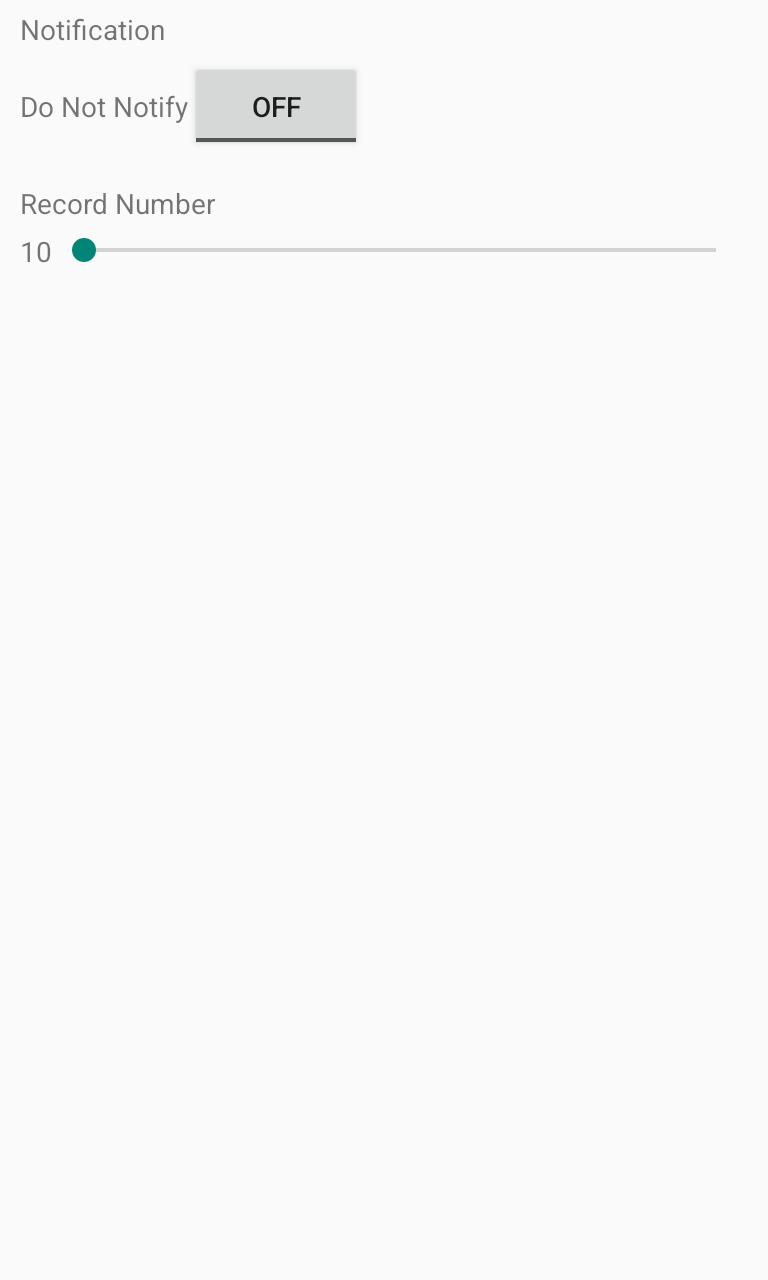
Repository: GitDidNotExitCleanly/AndroidTimer
Layout: G54MDP_Stopwatch/res/layout/fragment_settings.xml
The author's editor kept a copy of each file at every save. The layout is drawn from the files as they stood at one save, then again after the next save.
It is drawn on a 768 x 1280 px phone screen (xhdpi) without system bars, with theme AppTheme; the app's code is not run.

Above is the layout before, as saved 2015-03-07 13:11:30.

After the next save:
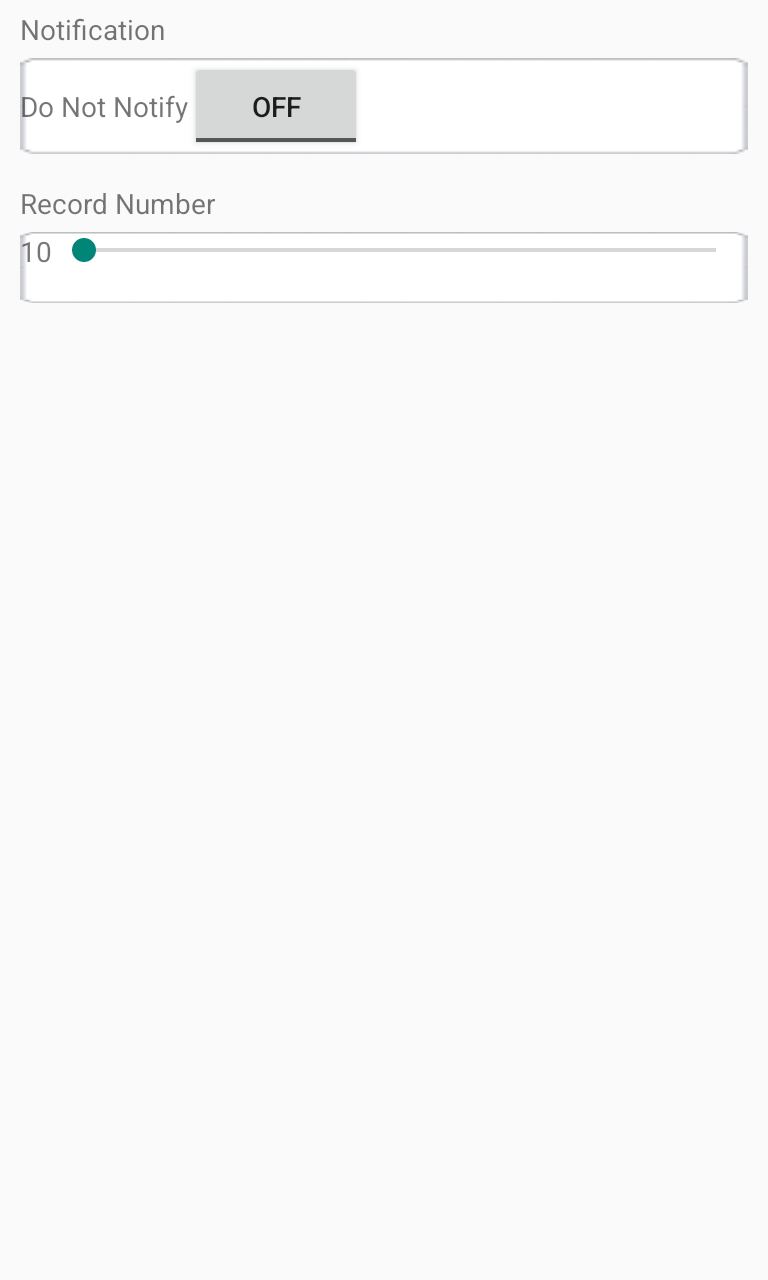
Saved 13 min 54 s later.
--- a/G54MDP_Stopwatch/res/layout/fragment_settings.xml
+++ b/G54MDP_Stopwatch/res/layout/fragment_settings.xml
@@ -23,7 +23,8 @@
            android:layout_height="wrap_content"
            android:orientation="horizontal"
            android:layout_marginTop="5dp"
-           android:layout_marginBottom="5dp" >
+           android:layout_marginBottom="5dp"
+           android:background="@drawable/settings_border" >
 
             <TextView
                 android:id="@+id/textView2"
@@ -61,7 +62,8 @@
             android:layout_height="wrap_content"
             android:orientation="horizontal"
             android:layout_marginTop="5dp"
-           android:layout_marginBottom="5dp" >
+           android:layout_marginBottom="5dp"
+           android:background="@drawable/settings_border" >
 
             <TextView
                 android:id="@+id/textView3"
